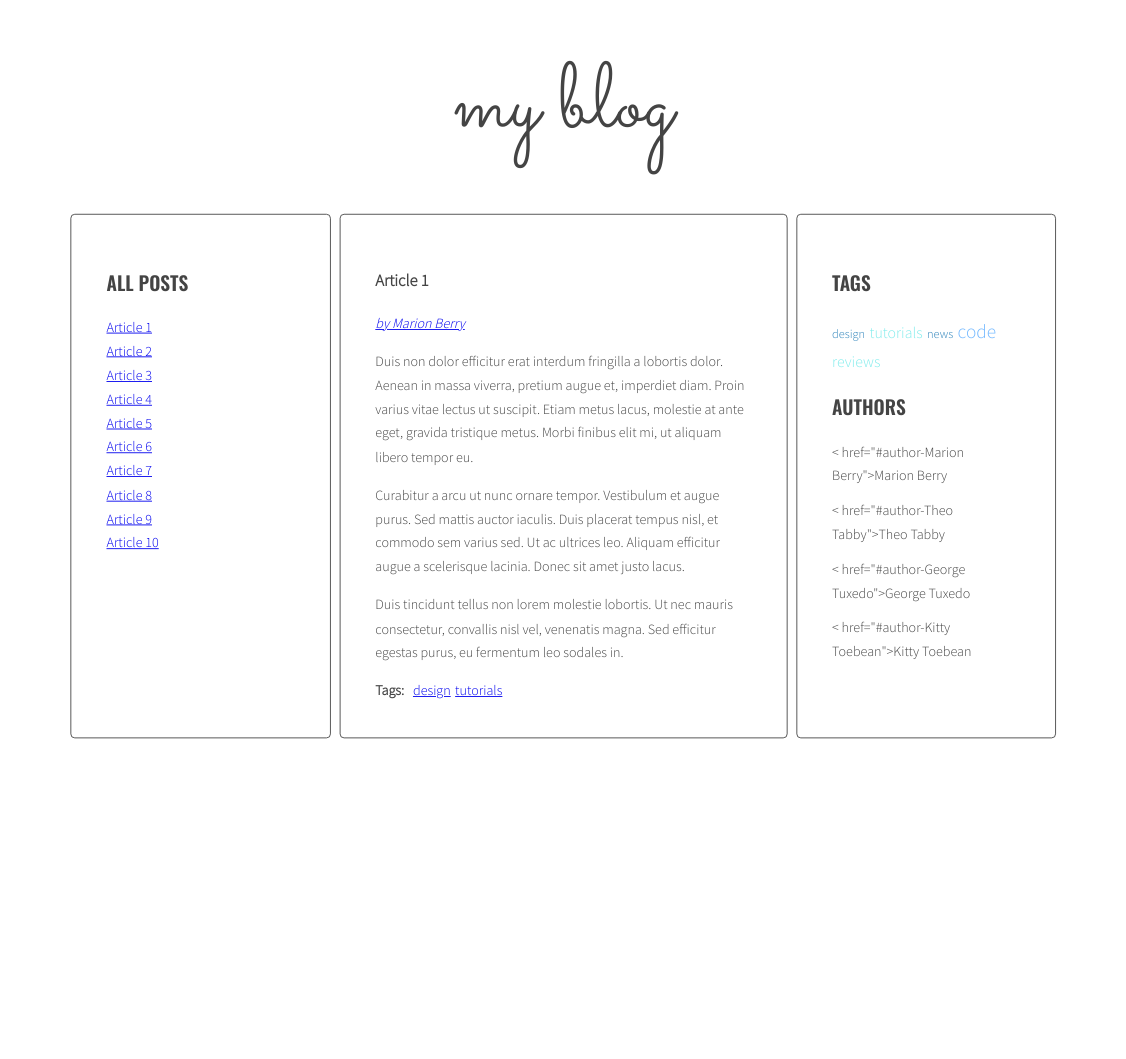
Repository: ulasup/javascript-blog
Page: index.html
The author's editor kept a copy of each file at every save. The page is drawn from the files as they stood at one save, then again after the next save.
The browser window is 1280 px wide. The pictures show the whole page, at 88% of full size.
The style sheet was rebuilt from its Sass, Less or Tailwind sources for each picture, by a compiler version that may differ from the author's.

Above is the page before, as saved 2020-12-25 13:34:40.

### index.html
<!DOCTYPE html>
<html  lang="en">
    <head>
        <meta charset="UTF-8">
        <title>Film blog</title>
        <link rel="stylesheet" href="css/style.css">
    </head>
    <body>
        <div class="blog">
            <div class="container">
              <h1 class="logo">my blog</h1>
              <main class="wrapper">
                <aside class="sidebar">
                  <h2 class="section-title">All posts</h2>
                  <ul class="list titles">
                  </ul>
                </aside>
                <section class="posts">
                  <article class="post active" id="article-1" data-tags="design tutorials" data-author="Marion Berry">
                    <h3 class="post-title">Article 1</h3>
                    <p class="post-author"></p>
                    <div class="post-content">
                      <p>Duis non dolor efficitur erat interdum fringilla a lobortis dolor. Aenean in massa viverra, pretium augue et, imperdiet diam. Proin varius vitae lectus ut suscipit. Etiam metus lacus, molestie at ante eget, gravida tristique metus. Morbi finibus elit mi, ut aliquam libero tempor eu.</p>
                      <p>Curabitur a arcu ut nunc ornare tempor. Vestibulum et augue purus. Sed mattis auctor iaculis. Duis placerat tempus nisl, et commodo sem varius sed. Ut ac ultrices leo. Aliquam efficitur augue a scelerisque lacinia. Donec sit amet justo lacus.</p>
                      <p>Duis tincidunt tellus non lorem molestie lobortis. Ut nec mauris consectetur, convallis nisl vel, venenatis magna. Sed efficitur egestas purus, eu fermentum leo sodales in.</p>
                    </div>
                    <div class="post-tags">
                      <p><strong>Tags:</strong></p>
                      <ul class="list list-horizontal">
                      </ul>
                    </div>
                  </article>
                  <article class="post" id="article-2" data-tags="news code" data-author="Theo Tabby">
                    <h3 class="post-title">Article 2</h3>
                    <p class="post-author"></p>
                    <div class="post-content">
                      <p>Phasellus sollicitudin, arcu vel iaculis ullamcorper, quam leo viverra orci, et faucibus quam sapien vel est. Maecenas ac suscipit elit. Nullam interdum, lorem vitae venenatis pulvinar, ex dui malesuada nunc, tempus cursus enim metus vel nulla.</p>
                      <p>Integer hendrerit, eros id efficitur dapibus, ante arcu ullamcorper orci, a iaculis felis turpis at purus. Quisque sodales posuere sapien vel consectetur. Duis dui urna, commodo non ante nec, mattis dictum enim. Donec aliquam erat sed diam lobortis, vel gravida lacus laoreet. Phasellus pretium maximus mi, eu posuere justo suscipit vel.</p>
                      <p>Nam magna nisl, varius in malesuada vitae, facilisis vel metus. Proin rhoncus euismod leo dictum lobortis. Suspendisse non ante sapien.</p>
                    </div>
                    <div class="post-tags">
                      <p><strong>Tags:</strong></p>
                      <ul class="list list-horizontal">
                      </ul>
                    </div>
                  </article>
                  <article class="post" id="article-3" data-tags="news reviews design" data-author="George Tuxedo">
                    <h3 class="post-title">Article 3</h3>
                    <p class="post-author"></p>
                    <div class="post-content">
                      <p>Mauris vel pellentesque turpis, ac sodales nisl. Quisque iaculis mi velit, ut convallis tellus accumsan a. Quisque iaculis, nisi et dignissim tincidunt, nisl eros euismod nulla, finibus laoreet erat enim posuere elit.</p>
                      <p>Aenean at semper urna. Duis vel sapien molestie, egestas diam consequat, molestie nulla. Praesent a malesuada metus. Praesent et tempus leo.</p>
                      <p>Mauris in eleifend neque, vitae eleifend velit. Maecenas purus est, bibendum eget imperdiet id, dictum sed ante. Aenean a magna et eros sagittis aliquet.</p>
                    </div>
                    <div class="post-tags">
                      <p><strong>Tags:</strong></p>
                      <ul class="list list-horizontal">
                      </ul>
                    </div>
                  </article>
                  <article class="post" id="article-4" data-tags="tutorials code design" data-author="Kitty Toebean">
                    <h3 class="post-title">Article 4</h3>
                    <p class="post-author"></p>
                    <div class="post-content">
                      <p>Morbi vel cursus nulla, vel varius mauris. Suspendisse sed elit sit amet risus faucibus vestibulum ut sit amet purus. Donec orci est, condimentum ut quam quis, scelerisque fringilla ligula.</p>
                      <p>Quisque bibendum nisl id quam sagittis, id pretium dolor scelerisque. Suspendisse non odio nec velit dapibus placerat non a libero.</p>
                      <p>Vivamus at tristique ex, feugiat sagittis ex. Cras cursus, ipsum et efficitur commodo, urna sapien rutrum magna, quis sodales justo ligula eget nunc. In hac habitasse platea dictumst.</p>
                    </div>
                    <div class="post-tags">
                      <p><strong>Tags:</strong></p>
                      <ul class="list list-horizontal">
                      </ul>
                    </div>
                  </article>
                  <article class="post" id="article-5" data-tags="design reviews" data-author="Marion Berry">
                    <h3 class="post-title">Article 5</h3>
                    <p class="post-author"></p>
                    <div class="post-content">
                      <p>Suspendisse sem eros, euismod condimentum arcu ac, consequat fermentum orci. Nam convallis lacus nec interdum vestibulum. Vestibulum luctus, quam eu tristique ornare, lorem nibh sodales enim, vitae tempor dolor ante vitae tortor.</p>
                      <p>Duis venenatis metus quis luctus lobortis. In porttitor ipsum eget ligula aliquam ornare. Cras malesuada urna id volutpat sodales.</p>
                      <p>Donec lobortis ultricies turpis, eu viverra magna gravida quis. Fusce sit amet pretium nulla. Duis rutrum metus vel libero sodales, pellentesque varius ex pulvinar.</p>
                    </div>
                    <div class="post-tags">
                      <p><strong>Tags:</strong></p>
                      <ul class="list list-horizontal">
                      </ul>
                    </div>
                  </article>
                  <article class="post" id="article-6" data-tags="reviews code" data-author="George Tuxedo">
                    <h3 class="post-title">Article 6</h3>
                    <p class="post-author"></p>
                    <div class="post-content">
                      <p>Donec posuere iaculis ante sed hendrerit. Lorem ipsum dolor sit amet, consectetur adipiscing elit. Quisque hendrerit neque nec urna tincidunt, quis vehicula dui vulputate. Morbi est sapien, auctor ut lectus eu, placerat viverra lorem.</p>
                      <p>Cras consectetur at erat id accumsan. Suspendisse lacinia in nulla quis vulputate. Nunc vitae consectetur augue. Nam ut vehicula mi. Aliquam tristique, purus in hendrerit porta, elit lectus finibus mi, vel malesuada nisl lectus a libero.</p>
                      <p>Nam quis efficitur ante. Sed eget purus quis ex commodo porta eu sit amet dolor. Mauris tellus nisl, dictum nec est vitae, condimentum ornare ante. Fusce ornare hendrerit maximus. In maximus rhoncus justo.</p>
                    </div>
                    <div class="post-tags">
                      <p><strong>Tags:</strong></p>
                      <ul class="list list-horizontal">
                      </ul>
                    </div>
                  </article>
                  <article class="post" id="article-7" data-tags="code news" data-author="Kitty Toebean">
                    <h3 class="post-title">Article 7</h3>
                    <p class="post-author"></p>
                    <div class="post-content">
                      <p>Donec eleifend mauris ac nisl fermentum, ac fermentum turpis dignissim. Aliquam diam nisl, imperdiet a varius eget, lobortis sed nisi. Nullam suscipit ipsum sed magna blandit, sed pellentesque urna malesuada.</p>
                      <p>Duis vestibulum arcu et lectus viverra porta. Praesent tempor lacus eget quam mattis, sit amet venenatis diam ultrices. Morbi gravida sapien quis ligula tincidunt, vel sagittis erat ultrices.</p>
                      <p>Ut orci tellus, laoreet ac diam ut, tempus bibendum nisi. Nam egestas sagittis nibh. Curabitur tristique dui quis egestas pretium. Duis eu felis orci.</p>
                    </div>
                    <div class="post-tags">
                      <p><strong>Tags:</strong></p>
                      <ul class="list list-horizontal">
                      </ul>
                    </div>
                  </article>
                  <article class="post" id="article-8" data-tags="news design tutorials" data-author="Theo Tabby">
                    <h3 class="post-title">Article 8</h3>
                    <p class="post-author"></p>
                    <div class="post-content">
                      <p>Praesent quis imperdiet erat. Curabitur tempor sapien a interdum malesuada. Proin libero erat, sagittis a sollicitudin eget, pulvinar nec risus. Cras et suscipit sem.</p>
                      <p>Maecenas consequat diam nec sollicitudin congue. Aenean porttitor porttitor quam, condimentum interdum metus congue sed. Donec at nulla ipsum.</p>
                      <p>Mauris non congue dui. Aenean ac eros vitae massa vulputate aliquet ut ac elit. Morbi iaculis auctor nunc aliquet luctus. Nunc tincidunt sem dui, quis interdum leo pellentesque eget. Fusce id leo varius, imperdiet nunc vitae, tristique mi. Mauris quis interdum justo. Mauris auctor purus eu leo faucibus feugiat. Nulla at odio vitae leo semper blandit.</p>
                    </div>
                    <div class="post-tags">
                      <p><strong>Tags:</strong></p>
                      <ul class="list list-horizontal">
                      </ul>
                    </div>
                  </article>
                  <article class="post" id="article-9" data-tags="news tutorials" data-author="Marion Berry">
                    <h3 class="post-title">Article 9</h3>
                    <p class="post-author"></p>
                    <div class="post-content">
                      <p>Tam et facilisis purus. Donec vulputate est quis lobortis posuere. Nunc vitae lorem ut odio faucibus pulvinar nec in justo. Ut ut ante ac tellus ornare tempus. Nunc maximus, tortor et dictum convallis, nunc libero posuere leo, scelerisque ultrices arcu sapien ut tellus.</p>
                      <p>Fusce lacinia augue massa, non tincidunt tortor auctor quis. Vestibulum ut pretium nisl. Etiam id tellus tempus, commodo ligula vehicula, porta magna.</p>
                      <p>Donec fringilla blandit dolor vel aliquet. Fusce tortor sapien, lobortis eu vehicula sit amet, dignissim et lectus. In ullamcorper metus vel massa fermentum, at fermentum dui sollicitudin. Nullam lacinia elit vel tortor ullamcorper pulvinar.</p>
                    </div>
                    <div class="post-tags">
                      <p><strong>Tags:</strong></p>
                      <ul class="list list-horizontal">
                      </ul>
                    </div>
                  </article>
                  <article class="post" id="article-10" data-tags="code design news reviews" data-author="George Tuxedo">
                    <h3 class="post-title">Article 10</h3>
                    <p class="post-author"></p>
                    <div class="post-content">
                      <p>Aliquam erat volutpat. Ut non eleifend lectus. Donec suscipit tellus tempor, ornare dui id, hendrerit neque. Phasellus lacinia laoreet dui in luctus. Sed hendrerit, magna sit amet varius tempor, augue augue scelerisque est, non scelerisque mauris libero eu sapien.</p>
                      <p>Sed at sapien in quam sollicitudin aliquam. In interdum metus a mi porttitor luctus. Sed commodo, arcu id lacinia posuere, felis elit pharetra urna, at feugiat est orci sit amet libero. Quisque in nisl est. Nullam vehicula at lectus non luctus. Cras aliquam neque magna, at varius nisi egestas ut.</p>
                      <p>Rhoncus purus nulla, non auctor lacus placerat ut. Aliquam condimentum eget magna ac gravida. Etiam egestas faucibus urna et finibus. Cras vel tellus vel magna suscipit euismod. Maecenas id arcu ante. Duis iaculis scelerisque erat, at ullamcorper arcu consectetur eu. Fusce aliquam diam at arcu pharetra, vel fermentum nunc lobortis.</p>
                    </div>
                    <div class="post-tags">
                      <p><strong>Tags:</strong></p>
                      <ul class="list list-horizontal">
                      </ul>
                    </div>
                  </article>
                </section>
                <aside class="sidebar">
                  <h2 class="section-title">Tags</h2>
                  <ul class="list tags">
                  </ul>
                  <h2 class="section-title">Authors</h2>
                  <ul class="list authors">
                  </ul>
                </aside>
              </main>
            </div>
          </div>
    <script src="js/script.js"></script>
    </body>
</html>

### js/script.js
'use strict';

function titleClickHandler(event){
  event.preventDefault();

  const activeLinks = document.querySelectorAll('.titles a.active');
  for(let activeLink of activeLinks){
    activeLink.classList.remove('active');
  }

  const clickedElement = this;
  clickedElement.classList.add('active');

  const activeArticles = document.querySelectorAll('.post.active');
  for(let activeArticle of activeArticles){
    activeArticle.classList.remove('active');
  }

  const articleSelector = clickedElement.getAttribute('href');
  const targetArticle = document.querySelector(articleSelector);
  targetArticle.classList.add('active');
}

const optArticleSelector = '.post',
  optTitleSelector = '.post-title',
  optTitleListSelector = '.titles',
  optArticleTagsSelector = '.post-tags .list',
  optTagsListSelector = '.tags.list',
  optArticleAuthorSelector = '.post-author',
  optAuthorsListSelector = '.authors',
  optCloudClassCount = 5,
  optCloudClassPrefix = 'tag-size-';

function generateTitleLinks(customSelector = ''){

  const titleList = document.querySelector(optTitleListSelector);
  titleList.innerHTML = '';

  const articles = document.querySelectorAll(optArticleSelector + customSelector);
  let html = '';
  for (let article of articles){
    const articleId = article.getAttribute('id');
    const articleTitle = article.querySelector(optTitleSelector).innerHTML;
    const linkHTML = '<li><a href="#' + articleId + '"><span>' + articleTitle + '</span></a></li>';
    html = html + linkHTML;
  }
  titleList.innerHTML = html;

  const links = document.querySelectorAll('.titles a');
  for(let link of links){
    link.addEventListener('click', titleClickHandler);
  }
}

generateTitleLinks();

function calculateTagsParams(tags){
  const params = {
    max: 0,
    min: 999999
  };
  for(let tag in tags){
    if(tags[tag] > params.max){
      params.max = tags[tag];
    }
    if(tags[tag] < params.min){
      params.min = tags[tag];
    }
  }
  return params;
}

function calculateTagClass(count, params){
  const normalizedCount = count - params.min;
  const normalizedMax = params.max - params.min;
  const percentage = normalizedCount / normalizedMax;
  const classNumber = Math.floor( percentage * (optCloudClassCount - 1) + 1 );

  return optCloudClassPrefix + classNumber;
}

function generateTags(){
  let allTags = {};
  const articles = document.querySelectorAll(optArticleSelector);
  for (let article of articles){
    const tagList = article.querySelector(optArticleTagsSelector);
    let html = '';
    const articleTags = article.getAttribute('data-tags');
    const articleTagsArray = articleTags.split(' ');
    for (let tag of articleTagsArray){
      const linkHTML = '<li><a href="#tag-' + tag + '"><span>' + tag + '</span></a></li>';
      html = html + linkHTML;
      if(!allTags.hasOwnProperty(tag)){
        allTags[tag] = 1;
      } else {
        allTags[tag]++;
      }
    }
    tagList.innerHTML = html;
  }
  const tagList = document.querySelector(optTagsListSelector);
  const tagsParams = calculateTagsParams(allTags);
  let allTagsHTML = '';
  for(let tag in allTags){
    const linkAllTagsHTML = '<li><a href="#tag-' + tag + '" class="' + calculateTagClass(allTags[tag], tagsParams) + '">' + tag + '</a></li>';
    allTagsHTML += linkAllTagsHTML;
  }
  tagList.innerHTML = allTagsHTML;

}

generateTags();

function tagClickHandler(event){
  event.preventDefault();

  const clickedElement = this;
  const href = clickedElement.getAttribute('href');
  const tag = href.replace('#tag-', '');

  const activeTags = document.querySelectorAll('a.active[href^="#tag-"]');
  for(let activeTag of activeTags){
    activeTag.classList.remove('active');
  }

  const tagLinks = document.querySelectorAll('a[href="' + href + '"]');
  for (let tagLink of tagLinks){
    tagLink.classList.add('active');
  }

  generateTitleLinks('[data-tags~="' + tag + '"]');
}

function addClickListenersToTags(){
  const links =  document.querySelectorAll('a[href^="#tag-"]');
  for(let link of links){
    link.addEventListener('click', tagClickHandler);
  }
}

addClickListenersToTags();

function generateAuthors(){
  let allAuthors = {};
  const articles = document.querySelectorAll(optArticleSelector);
  for (let article of articles){
    const authorsList = article.querySelector(optArticleAuthorSelector);
    const articleAuthor = article.getAttribute('data-author');
    const linkHTML = '<a href="#author-' + articleAuthor + '"><span>by ' + articleAuthor + '</span></a>';
    authorsList.innerHTML = linkHTML;

    if(!allAuthors.hasOwnProperty(articleAuthor)){
      allAuthors[articleAuthor] = 1;
    } else {
      allAuthors[articleAuthor]++;
    }
  }
  const authorList = document.querySelector(optAuthorsListSelector);
  console.log(optAuthorsListSelector);
  let allAuthorsHTML = '';
  for(let articleAuthor in allAuthors){
    const linkAllAuthorsHTML = '<li>< href="#author-' + articleAuthor + '">' + articleAuthor + '</a></li>';
    allAuthorsHTML += linkAllAuthorsHTML;
  }
  authorList.innerHTML = allAuthorsHTML;
}

generateAuthors();

function authorClickHandler(event){
  event.preventDefault();

  const clickedElement = this;
  const author = clickedElement.getAttribute('href');

  const activeAuthors = document.querySelectorAll('a.active');
  for(let activeAuthor of activeAuthors){
    activeAuthor.classList.remove('active');
  }

  const authorLinks = document.querySelectorAll(author);
  for (let authorLink of authorLinks){
    authorLink.classList.add('active');
  }

  generateTitleLinks('[data-author="' + author + '"]');

}

function addClickListenersToAuthors(){
  const links =  document.querySelectorAll('a[href^="#author-"]');
  for(let link of links){
    link.addEventListener('click', authorClickHandler);
  }
}

addClickListenersToAuthors();

### sass/style.scss
@import url('https://fonts.googleapis.com/css?family=Oswald:400,600|Sacramento|Source+Sans+Pro:300&subset=latin-ext');

/* Variables */

$color-light: #fff;
$color-dark: #444;

$font-logo: 'Sacramento', cursive;
$font-header: 'Oswald', sans-serif;
$font-text: 'Source Sans Pro', sans-serif;

/* Global */

*, *::before, *::after {
  box-sizing: border-box;
}

body {
  background: $color-light;
  font-family: $font-text;
  color: $color-dark;
  font-weight: 300;
  font-size: 16px;
  line-height: 1.7;
}

.container {
  max-width: 1140px;
  margin: 0 auto;
}

.section-title {
  font-size: 22px;
  text-transform: uppercase;
  font-family: $font-header;
  font-weight: 600;

  span {
    text-transform: none;
    font-weight: 400;
    color: lighten($color-dark, 20%);
  }
}

/* Layout */

.wrapper {
  display: flex;
  margin-left: 10px;
}

.sidebar {
  flex: 1 0 0;
}

.posts {
  flex: 2 0 0;
}

.sidebar, .posts {
  background: $color-light;
  margin-right: 10px;
  padding: 40px;
  border: 1px solid $color-dark;
  border-radius: 5px;
}

/* Logo */

.logo {
  font-family: $font-logo;
  font-weight: 400;
  font-size: 104px;
  line-height: 1;
  text-align: center;
}

/* Lists */

.list {
  list-style-type: none;
  margin: 0;
  padding: 0;

  .active {
    font-weight: bold;
  }
}

.list-horizontal {
  li {
    display: inline-block;
    margin-right: 5px;
  }
}

/* Authors */

.authors {
  li {
    margin-bottom: 12px;
  }
}

/* Post */

.post {
  z-index: -1;
  position: absolute;
  opacity: 0;

  &.active {
    z-index: 2;
    position: relative;
    opacity: 1;
    transition: opacity 1s;
  }
}

.post-author {
  font-style: italic;
}

.post-tags {
  display: flex;

  p {
    margin: 0 10px 0 0;
  }
}

.tags li {
  display: inline-block;
  margin-right: 5px;
}

a[class^="tag-size-"] {
  text-decoration: none;
}

.tag-size-1 {
  color: #81ecec;
  font-size: 18px;
}

.tag-size-2 {
  color: #55efc4;
  font-size: 14px;
}

.tag-size-3 {
  color: #74b9ff;
  font-size: 22px;
}

.tag-size-4 {
  color: #0984e3;
  font-size: 14px;
}

.tag-size-5 {
  color: #2980b9;
  font-size: 14px;
}

After the next save:
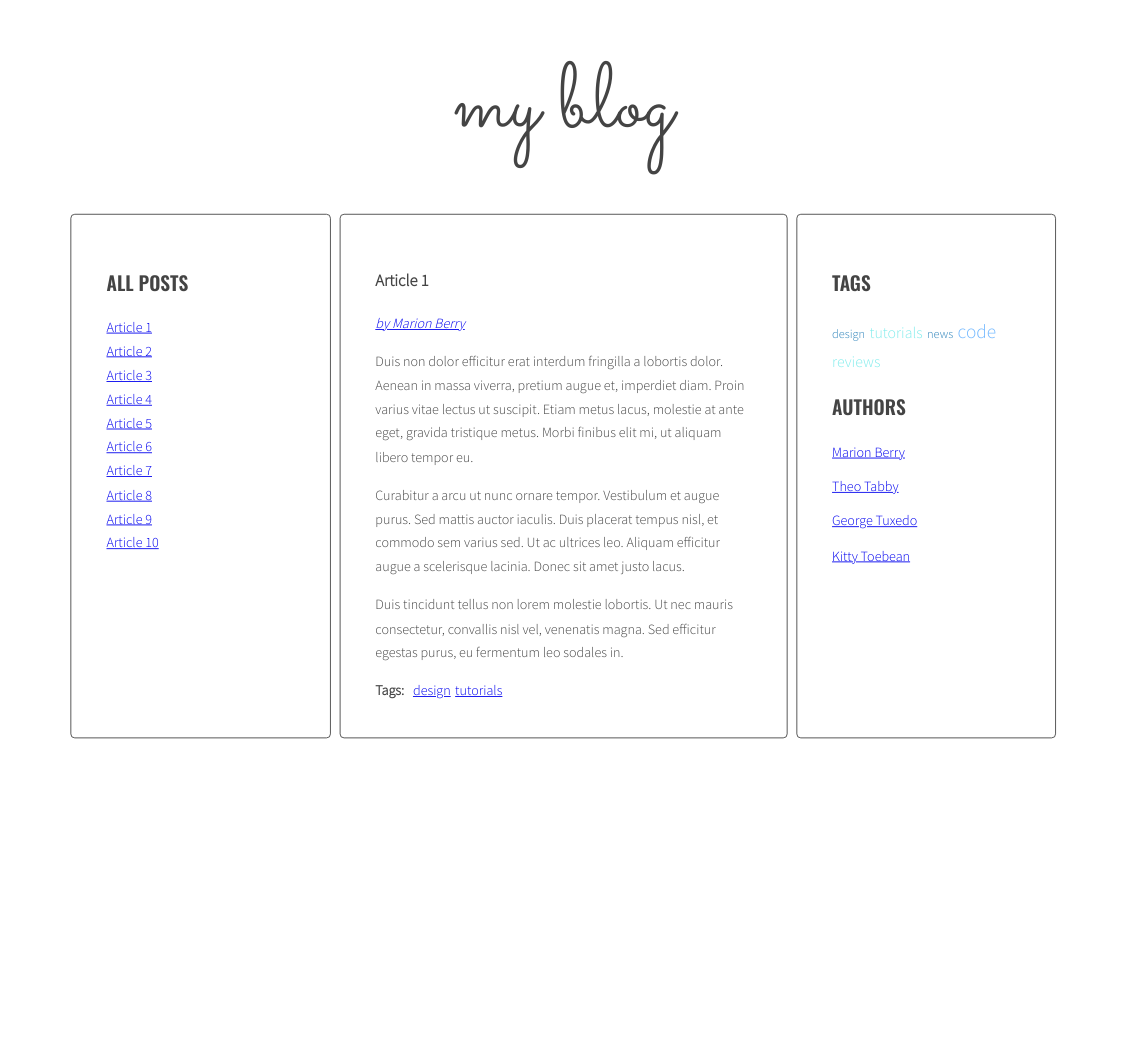
Saved 29 s later.
--- a/js/script.js
+++ b/js/script.js
@@ -159,7 +159,7 @@ function generateAuthors(){
   console.log(optAuthorsListSelector);
   let allAuthorsHTML = '';
   for(let articleAuthor in allAuthors){
-    const linkAllAuthorsHTML = '<li>< href="#author-' + articleAuthor + '">' + articleAuthor + '</a></li>';
+    const linkAllAuthorsHTML = '<li><a href="#author-' + articleAuthor + '">' + articleAuthor + '</a></li>';
     allAuthorsHTML += linkAllAuthorsHTML;
   }
   authorList.innerHTML = allAuthorsHTML;
